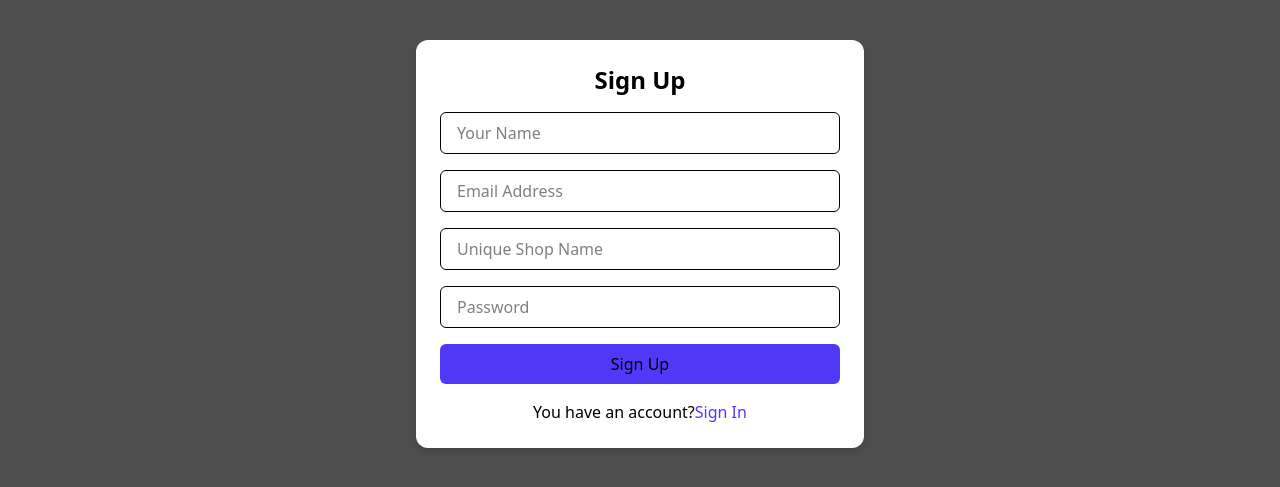
Repository: Mehebul02/user-authentication
Page: /signup
An editor plug-in stored every save of this project. The page is shown before and after a run of saves, followed by the edit.
The browser window is 1280 px wide. The pictures show the whole page.
The project was rebuilt for these pictures with package versions that can differ from the ones it lists, and the page was loaded fresh each time. Also part of the build but not shown: vite.config.ts, src/components/pages/auth/signIn/SignIn.tsx.

Above is the page before, as saved 2025-06-02 21:14:45.

After the next 2 saves:
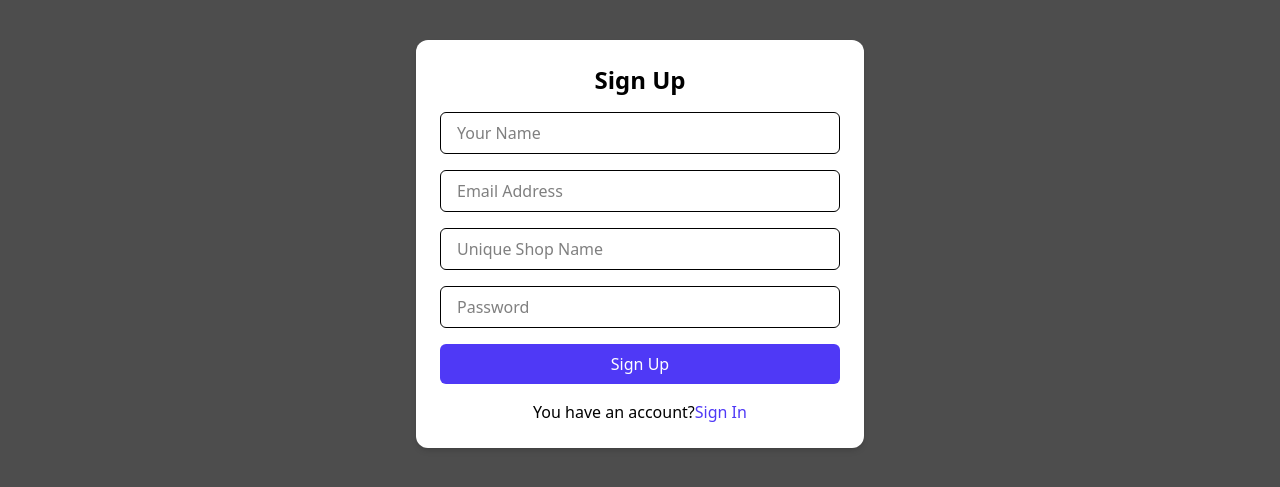
The 2 saves are shown as one change because they came seconds apart.
The last was saved 13 s later.
--- a/src/components/pages/auth/signUp/SignUp.tsx
+++ b/src/components/pages/auth/signUp/SignUp.tsx
@@ -137,7 +137,7 @@ if(data?.success){
 
         <button
           type="submit"
-          className="w-full text-black bg-[#4F39F6]  py-2 rounded-md hover:bg-blue-700 transition duration-200"
+          className="w-full text-white bg-[#4F39F6]  py-2 rounded-md hover:bg-blue-700 transition duration-200"
         >
           {
                     isLoading ? <p>Sign Up...</p>: <p>Sign Up</p>
